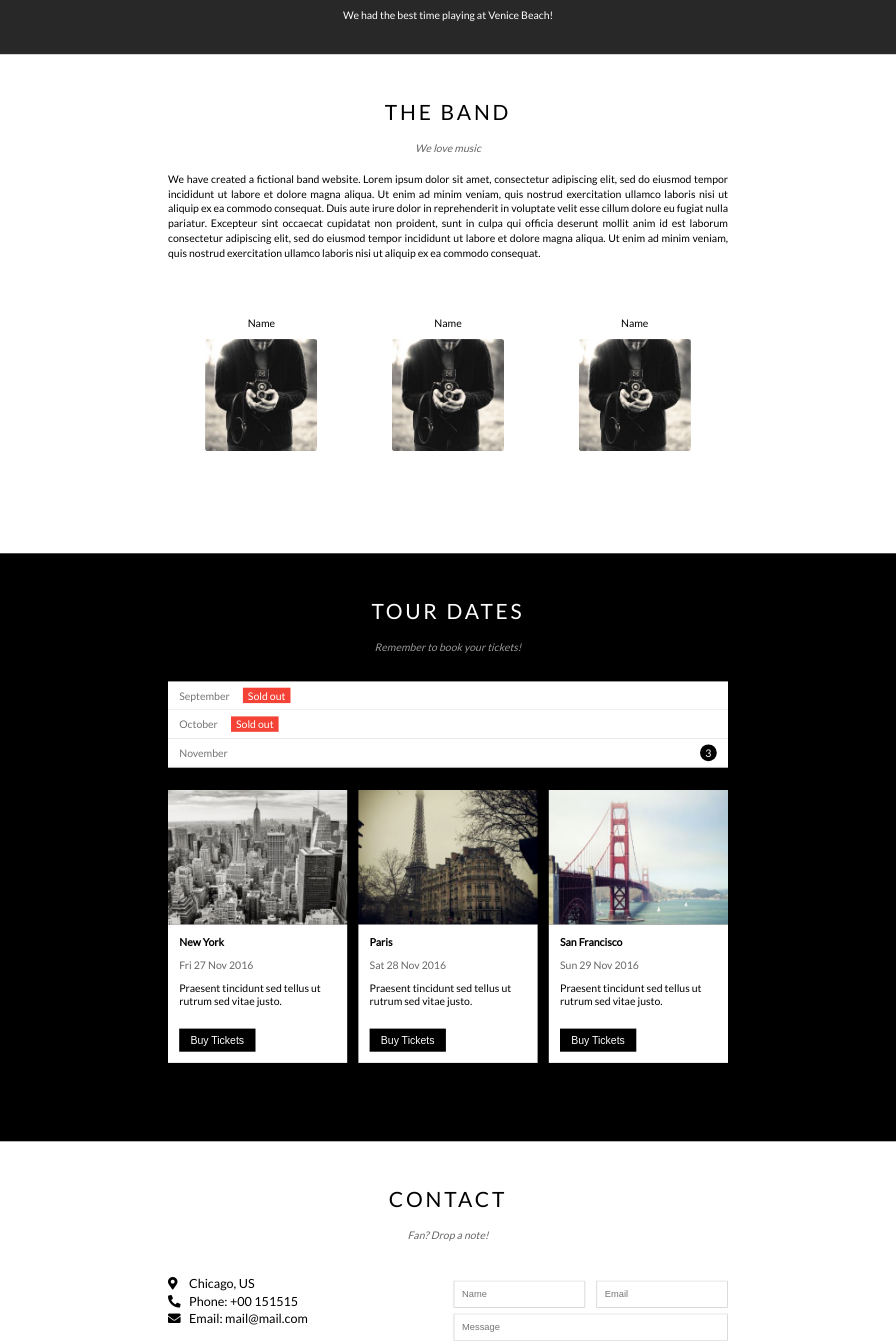
Repository: nguyenthaicong265/w3-band
Page: index.html
An editor plug-in stored every save of this project. The page is shown before and after the next save, followed by the edit.
The browser window is 1280 px wide. The pictures show the part of the page from y = 609 to 2529 px (the page is 3612 px tall before and 3598 px after), at 70% of full size.

Above is the page before, as saved 2022-01-05 23:10:35.

After the next save:
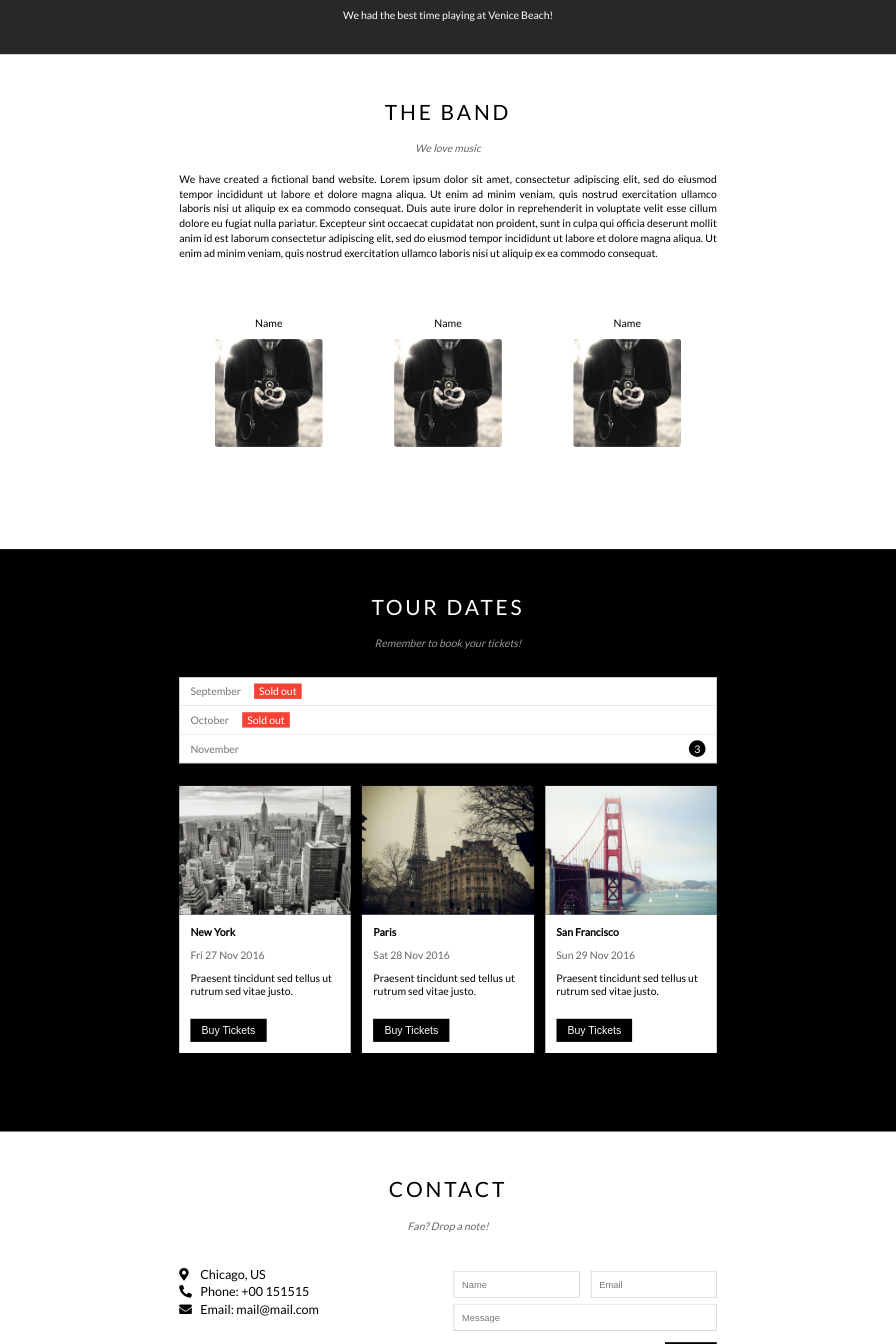
Saved 2 min 24 s later.
--- a/assets/css/styles.css
+++ b/assets/css/styles.css
@@ -194,6 +194,8 @@ html {
     padding: 64px 0 112px ;
     margin-left: auto;
     margin-right: auto;
+    padding-left: 16px;
+    padding-right: 16px;
 }
 
 #content .section-heading {
